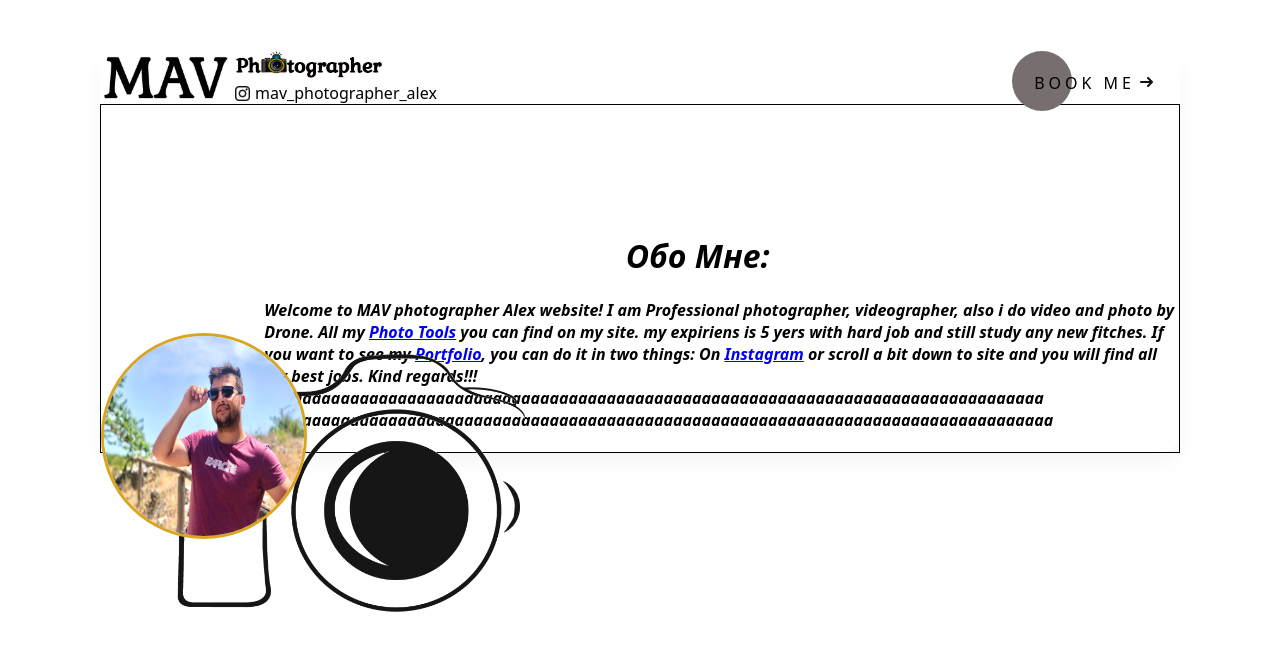
Repository: Dekabrist94/MAV
Page: /
An editor plug-in stored every save of this project. The page is shown before and after the next save, followed by the edit.
The browser window is 1280 px wide. The pictures show the whole page.
The project was rebuilt for these pictures with package versions that can differ from the ones it lists, and the page was loaded fresh each time.

Above is the page before, as saved 2023-02-28 22:05:32.

### src/index.js
import React from 'react';
import ReactDOM from 'react-dom/client';
import './index.scss';
import App from './App';
import reportWebVitals from './reportWebVitals';

const root = ReactDOM.createRoot(document.getElementById('root'));
root.render(
  <React.StrictMode>
    <App />
  </React.StrictMode>,
);

// If you want to start measuring performance in your app, pass a function
// to log results (for example: reportWebVitals(console.log))
// or send to an analytics endpoint. Learn more: https://bit.ly/CRA-vitals
reportWebVitals();

### src/index.scss
body {
  margin: 0;
  font-family: system-ui;
  -webkit-font-smoothing: antialiased;
  -moz-osx-font-smoothing: grayscale;
  background-color: white;
}

.wrapper {
  background: #ffffff;
  box-shadow: 0px 10px 20px rgba(0, 0, 0, 0.04);
  border-radius: 20px;
  max-width: 1080px;
  margin: 50px auto;
}

header {
  display: flex;
  justify-content: space-between;
}

img {
  margin-right: 5px;
}

.headerLeft {
  display: flex;
  align-items: center;
}

.instaLink {
  display: flex;
  margin-top: -3px;
  align-items: center;
}

.bookMe {
  margin-top: 20px;
}
h3,
p {
  margin: 0;
}

.aboutMe {
  border: 1px black solid;
  display: flex;
  padding-top: 10%;
  align-items: center;
  justify-content: space-between;
}
.proba {
  width: 50%;
}
.camera {
  z-index: 0;
  position: absolute;
}
.avatar {
  position: absolute;
  border-radius: 50%;
  border: 3px goldenrod solid;
  z-index: 1;
}

.textAboutCenter {
  text-align: center;
  font-style: italic;
}
.textAbout {
  padding-left: 5%;
  text-align: left;
  font-style: italic;
}

### src/App.js
import Camera from './assets/img/camera.png';
import AVATAR from './assets/img/AVATAR.jpg';
import MAV from './assets/img/MAV.png';
import PHOTOGRAPHER from './assets/img/photographer.png';
import InstaLogo from './assets/img/instagram.png';
import { CustomButton } from './components/button UI';

function App() {
  return (
    <div className="wrapper">
      <header>
        <div className="headerLeft">
          <img width={130} height={50} src={MAV} alt="logo" />
          <div className="headerInfo">
            <img width={150} height={30} src={PHOTOGRAPHER} alt="logo" />
            <div className="instaLink">
              <img width={15} height={15} src={InstaLogo} alt="Instagram" />
              <p>mav_photographer_alex</p>
            </div>
          </div>
        </div>
        <div className="bookMe">
          <CustomButton text="BOOK ME" style="link" />
        </div>
      </header>
      <div className="aboutMe">
        <div className="proba">
          <img className="avatar" width={200} height={200} src={AVATAR} alt="AVATAR" />
          <img className="camera" width={500} height={300} src={Camera} alt="Camera" />
        </div>
        <div>
          <h1 className="textAboutCenter">Обо Мне:</h1>
          <h4 className="textAbout">
            Welcome to MAV photographer Alex website! I am Professional photographer, videographer,
            also i do video and photo by Drone. All my <a href="#">Photo Tools</a> you can find on
            my site. my expiriens is 5 yers with hard job and still study any new fitches. If you
            want to see my <a href="#">Portfolio</a>, you can do it in two things: On{' '}
            <a href="#">Instagram</a> or scroll a bit down to site and you will find all my best
            jobs. Kind regards!!!
            aaaaaaaaaaaaaaaaaaaaaaaaaaaaaaaaaaaaaaaaaaaaaaaaaaaaaaaaaaaaaaaaaaaaaaaaaaaaaaaaaa
            aaaaaaaaaaaaaaaaaaaaaaaaaaaaaaaaaaaaaaaaaaaaaaaaaaaaaaaaaaaaaaaaaaaaaaaaaaaaaaaaaaa
          </h4>
        </div>
      </div>
    </div>
  );
}

export default App;

### src/components/button UI/index.jsx
import styles from './Button.module.css';
import React from 'react';

export const CustomButton = ({ type, text, link, style }) => {
  if (style === 'btn') {
    return (
      <button className={`${styles.button} ${styles.buttonBtn}`} type={type}>
        <span>{text}</span>
        <svg width="13px" height="10px" viewBox="0 0 13 10">
          <path d="M1,5 L11,5"></path>
          <polyline points="8 1 12 5 8 9"></polyline>
        </svg>
      </button>
    );
  } else if (style === 'link') {
    return (
      <a
        href={link}
        className={`${styles.button} ${styles.buttonLink}`}
        target="_blank"
        rel="noreferrer">
        <span>{text}</span>
        <svg width="13px" height="10px" viewBox="0 0 13 10">
          <path d="M1,5 L11,5"></path>
          <polyline points="8 1 12 5 8 9"></polyline>
        </svg>
      </a>
    );
  }
  return <button>{text}</button>;
};

### src/components/button UI/Button.module.css
.button {
  position: relative;
  margin: auto;
  padding: 19px 22px;
  transition: all 0.2s ease;
  cursor: pointer;
}
.button:before {
  content: '';
  position: absolute;
  top: 0;
  left: 0;
  display: block;
  border-radius: 50%;

  width: 60px;
  height: 60px;
  transition: all 0.5s ease;
}
.buttonLink:before {
  background: rgb(119, 111, 111);
}
.buttonBtn:before {
  background: rgba(255, 165, 45, 0.5);
}
.button span {
  position: relative;
  font-size: 16px;
  line-height: 18px;
  font-weight: 400;
  letter-spacing: 4px;
  text-transform: uppercase;
  vertical-align: middle;
  transition: color 0.5s ease;
}
.button:hover span {
  color: #fff;
}
.button svg {
  position: relative;
  top: 0;
  margin-left: 10px;
  fill: none;
  stroke-linecap: round;
  stroke-linejoin: round;
  stroke: #111;
  stroke-width: 2;
  transform: translateX(-5px);
  transition: all 0.5s ease;
}
.button:hover:before {
  width: 100%;
  border-radius: 50px;
}
.buttonLink:hover:before {
  background: black;
}
.buttonBtn:hover:before {
  background: rgb(255, 165, 45);
}
.button:hover svg {
  transform: translateX(0);
  stroke: #fff;
}
.button:active {
  transform: scale(0.96);
}

Loaded but not shown: public/index.html (common file); src/reportWebVitals.js (common file)

After the next save:
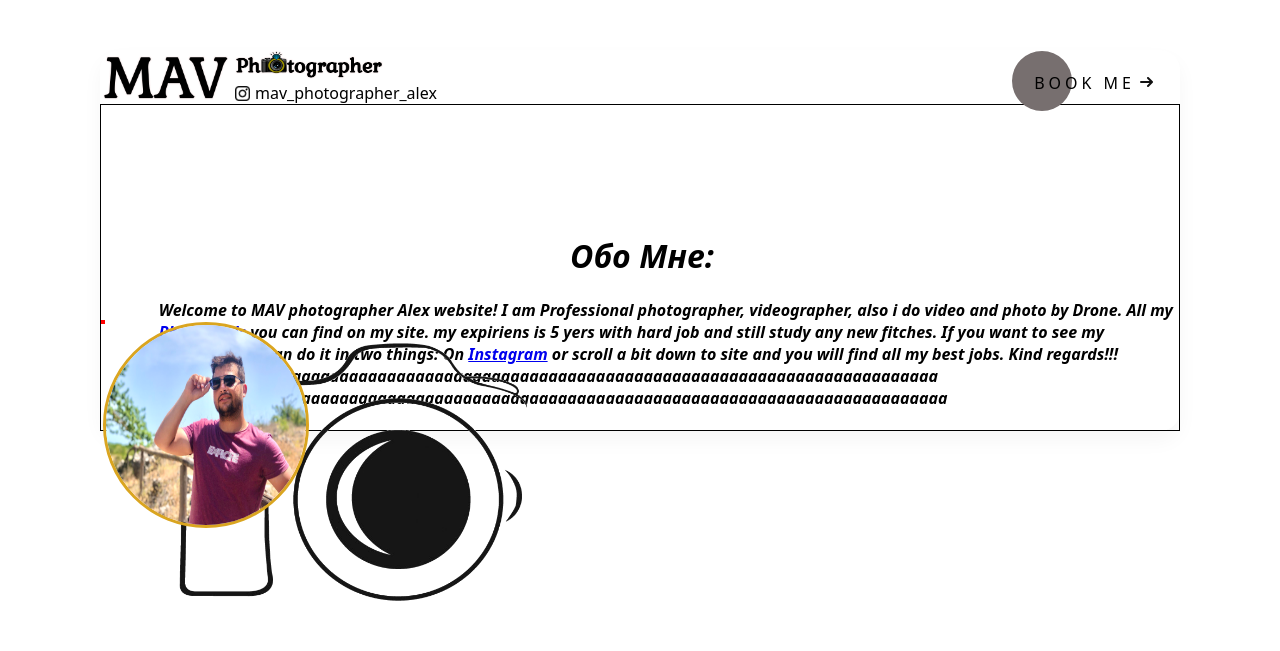
Saved 15 s later.
--- a/src/index.scss
+++ b/src/index.scss
@@ -50,7 +50,7 @@
   justify-content: space-between;
 }
 .proba {
-  width: 50%;
+  border: 2px red solid;
 }
 .camera {
   z-index: 0;
